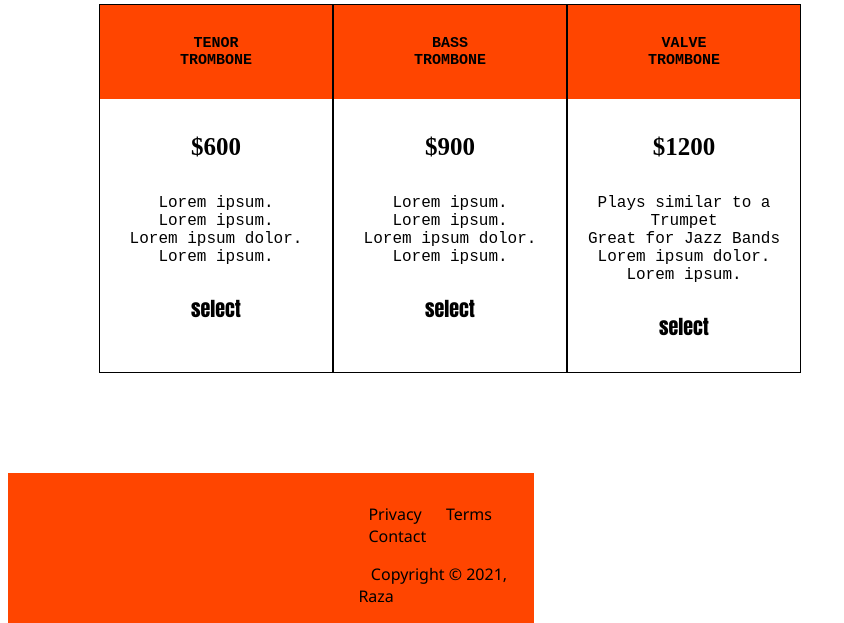
Repository: AbdulWahabRaza123/DeliveryWebPage
Page: index.html
The author's editor kept a copy of each file at every save. The page is drawn from the files as they stood at one save, then again after the next save.
The browser window is 600 px wide. The page is 844 px wide, so the pictures cover 844 px, including what lies to the right of the window. The pictures show the part of the page from y = 1318 to 1941 px (the page is 1941 px tall before and 1897 px after).

Above is the page before, as saved 2021-09-12 21:08:42.

After the next save:
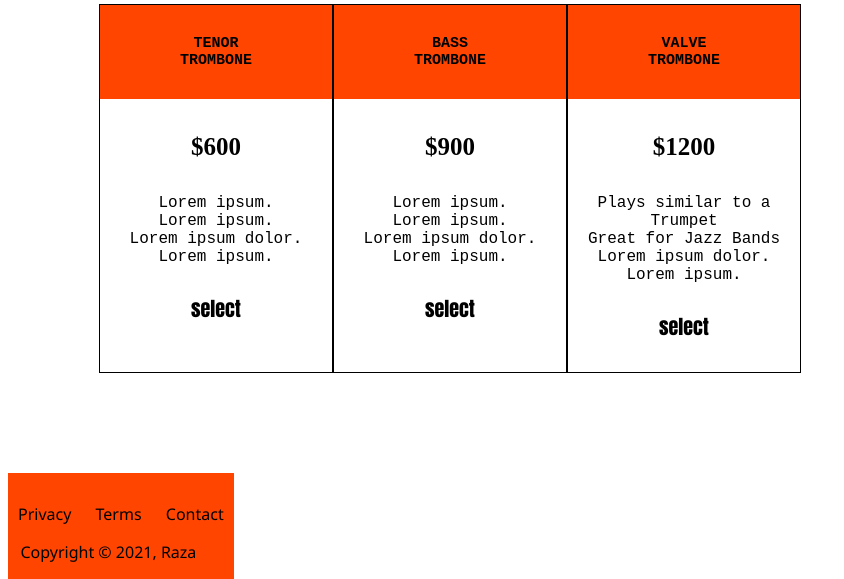
Saved 56 s later.
--- a/new.css
+++ b/new.css
@@ -259,5 +259,7 @@
 @media screen and (max-width:730px) {
     #footer {
         float: left;
-    }
-}
+        padding-left: 0%;
+        margin-right: 0%;
+    }
+}
